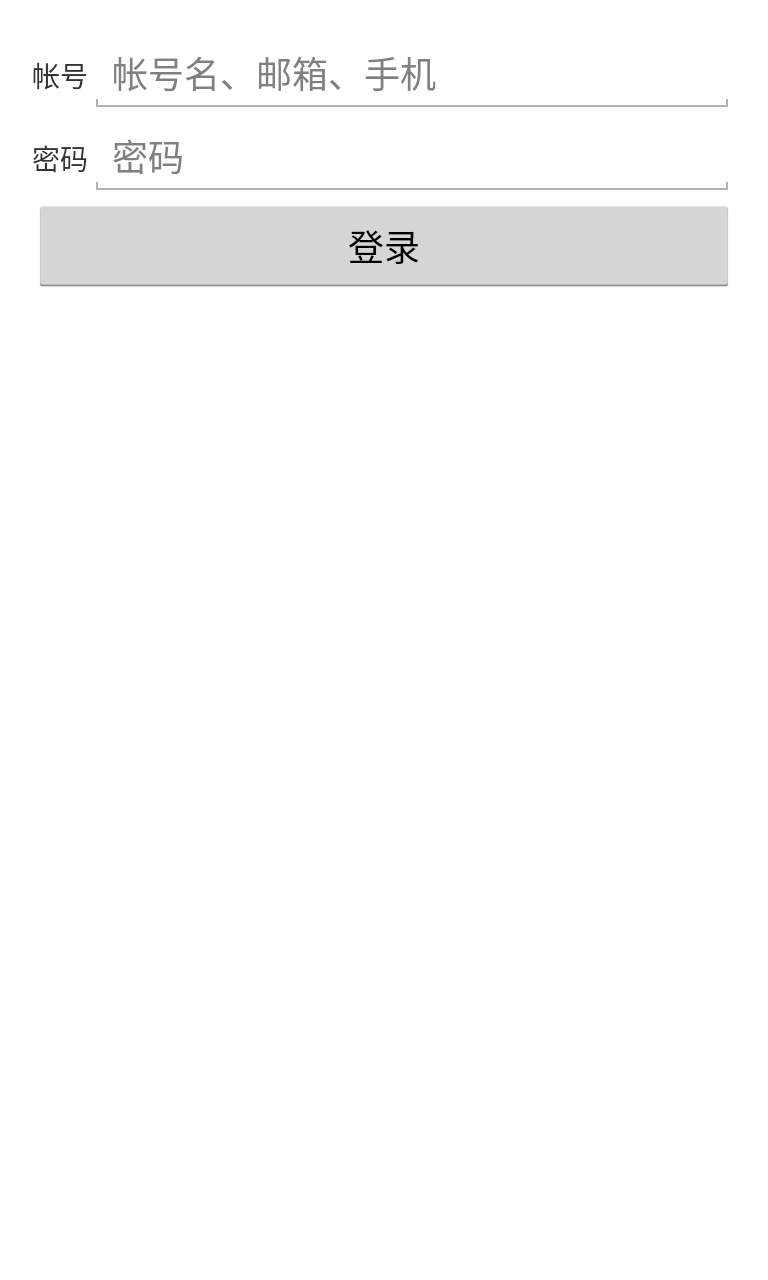
Repository: liujianpc/AndroidStudy
Layout: OffLineForeceTest/res/layout/activity_main.xml
An editor plug-in stored every save of this project. The layout is shown before and after the next save, followed by the edit.
It is drawn on a 768 x 1280 px phone screen (xhdpi) without system bars, with theme AppTheme; the app's code is not run.

Above is the layout before, as saved 2016-07-29 08:59:25.

After the next save:
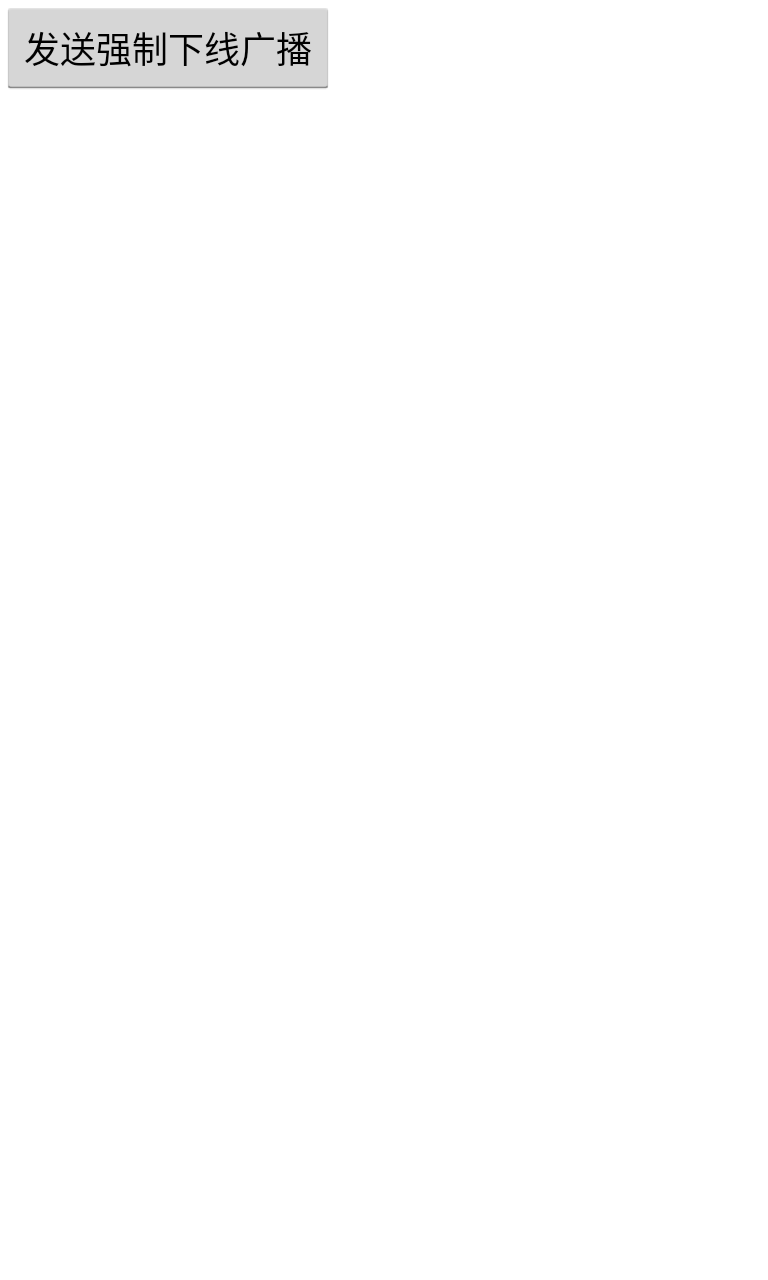
Saved 2 min 49 s later.
--- a/OffLineForeceTest/res/layout/activity_main.xml
+++ b/OffLineForeceTest/res/layout/activity_main.xml
@@ -1,53 +1,9 @@
-<TableLayout xmlns:android="http://schemas.android.com/apk/res/android"
-    xmlns:tools="http://schemas.android.com/tools"
-    android:layout_width="match_parent"
-    android:layout_height="match_parent"
-    android:paddingBottom="@dimen/activity_vertical_margin"
-    android:paddingLeft="@dimen/activity_horizontal_margin"
-    android:paddingRight="@dimen/activity_horizontal_margin"
-    android:paddingTop="@dimen/activity_vertical_margin"
-    android:stretchColumns="1"
-    tools:context="com.example.offlineforecetest.MainActivity" >
-
-    <TableRow>
-
-        <TextView
-            android:layout_width="wrap_content"
-            android:layout_height="wrap_content"
-            android:text="@string/loginName" />
-
-        <EditText
-            android:id="@+id/loginName"
-            android:inputType="textEmailAddress"
-            android:layout_width="wrap_content"
-            android:layout_height="wrap_content"
-            android:hint="@string/loginNameHint" />
-    </TableRow>
-
-    <TableRow>
-
-        <TextView
-            android:layout_width="wrap_content"
-            android:layout_height="wrap_content"
-            android:text="@string/passWord" />
-
-        <EditText
-            android:inputType="textPassword"
-            android:id="@+id/passWord"
-            android:layout_width="wrap_content"
-            android:layout_height="wrap_content"
-            android:hint="@string/passWordHint"
-             />
-    </TableRow>
+<RelativeLayout xmlns:android="http://schemas.android.com/apk/res/android">
 
     <Button
-        android:id="@+id/loginButton"
+        android:id="@+id/sendBroadcast"
+        android:text="发送强制下线广播"
         android:layout_width="wrap_content"
         android:layout_height="wrap_content"
-        android:layout_span="2"
-        android:text="@string/loginButton" />
-
-    <TableRow>
-    </TableRow>
-
-</TableLayout>
+        />
+</RelativeLayout>
